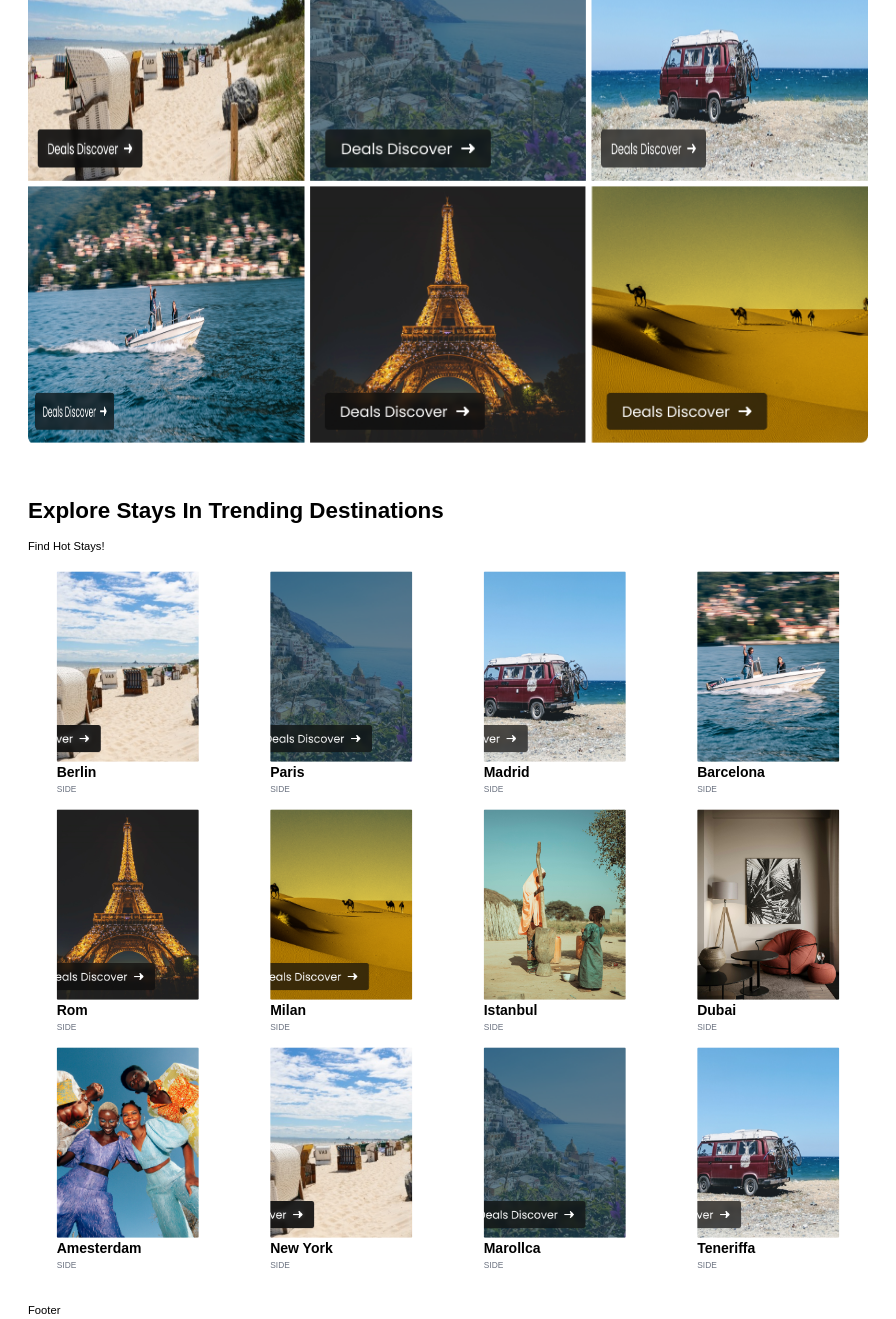
Repository: Quynhhuong150322/DIKO_STUDY_TRAVEL_WEB
Page: /
An editor plug-in stored every save of this project. The page is shown before and after the next save, followed by the edit.
The browser window is 1280 px wide. The pictures show the part of the page from y = 876 to 2796 px (the page is 2760 px tall before and 2796 px after), at 70% of full size.
The project was rebuilt for these pictures with package versions that can differ from the ones it lists, and the page was loaded fresh each time. Also part of the build but not shown: src/components/Login.js, src/components/Register.js. Imported but missing from the stored project, and not drawn on this page: src/redux/slices/authSlice.

Above is the page before, as saved 2024-02-23 11:21:07.

After the next save:
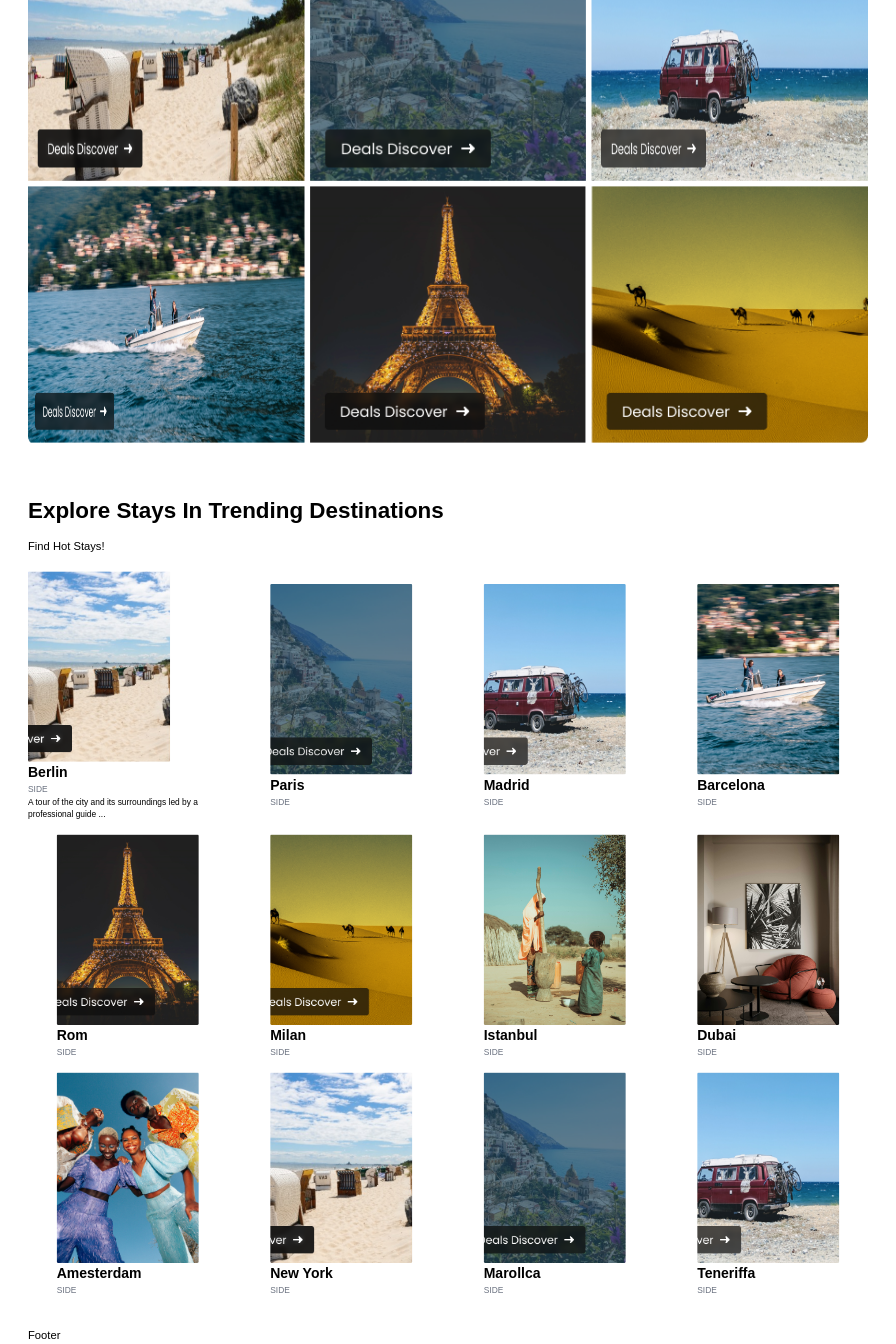
Saved 39 s later.
--- a/src/pages/LangdingPage/Langding.js
+++ b/src/pages/LangdingPage/Langding.js
@@ -249,10 +249,8 @@ const Langding = () => {
                 <div className=''>
                   <p className='text-xl font-semibold'>{data.location}</p>
                   <p className='text-sm text-gray-500'>{data.side}</p>
-                  <div className='flex gap-2 items-center'>
-
-                    <p className='text-sm'>{data.rating}</p>
-                  </div>
+                  <p className='text-sm'>{data.day}</p>
+                  <p className='text-sm'>{data.title}</p>
                 </div>
               </div>
             ))
